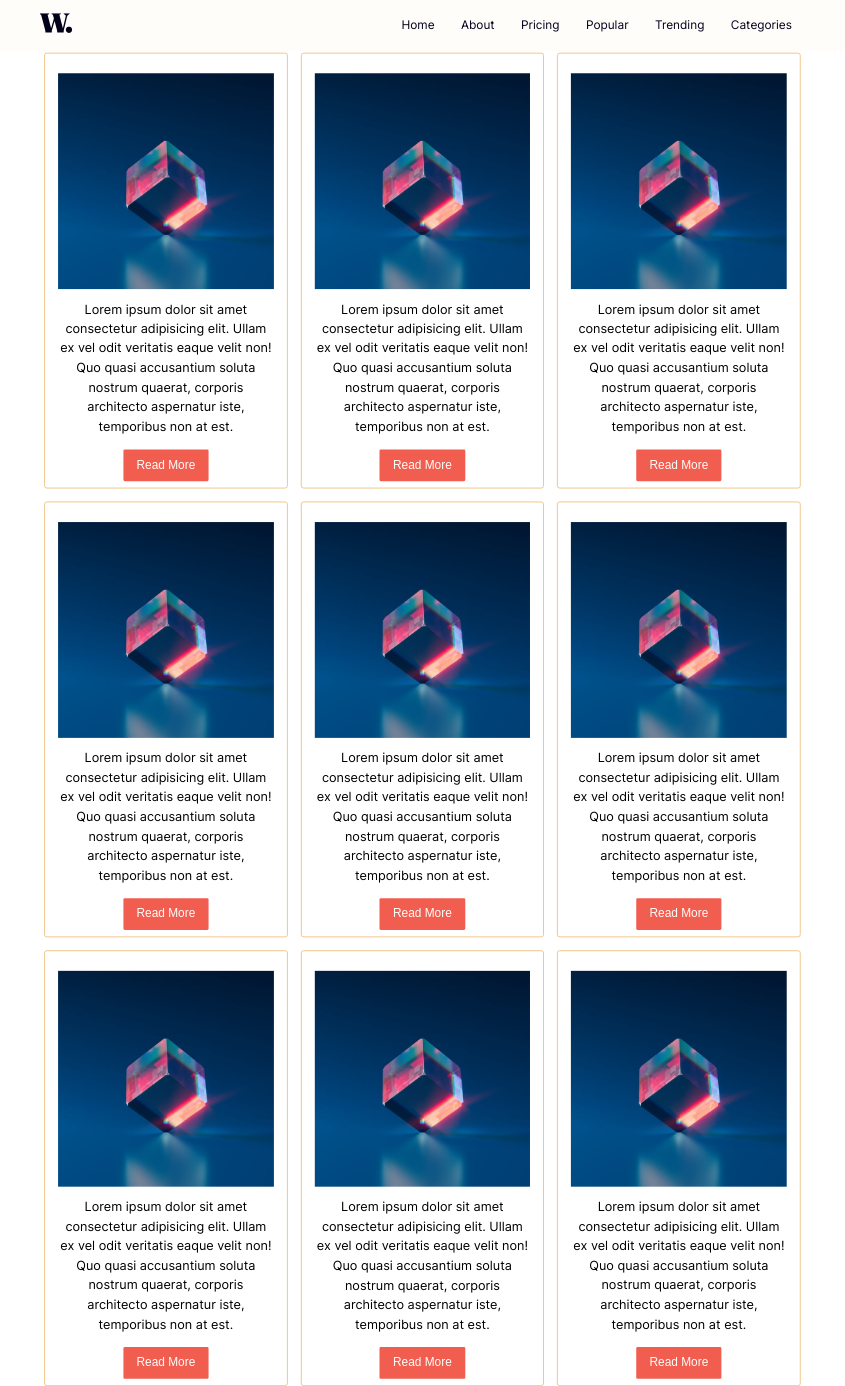
Repository: Benedict-Anthony/web3.0-blog-chain
Page: /trending
An editor plug-in stored every save of this project. The page is shown before and after the next save, followed by the edit.
The browser window is 1280 px wide. The pictures show the whole page, at 66% of full size.
The project was rebuilt for these pictures with package versions that can differ from the ones it lists, and the page was loaded fresh each time. The framework's server and built-in components were replaced by stand-ins that run in the browser. Also part of the build but not shown: next.config.js, styles/styles.css.

Above is the page before, as saved 2022-12-21 02:27:32.

After the next save:
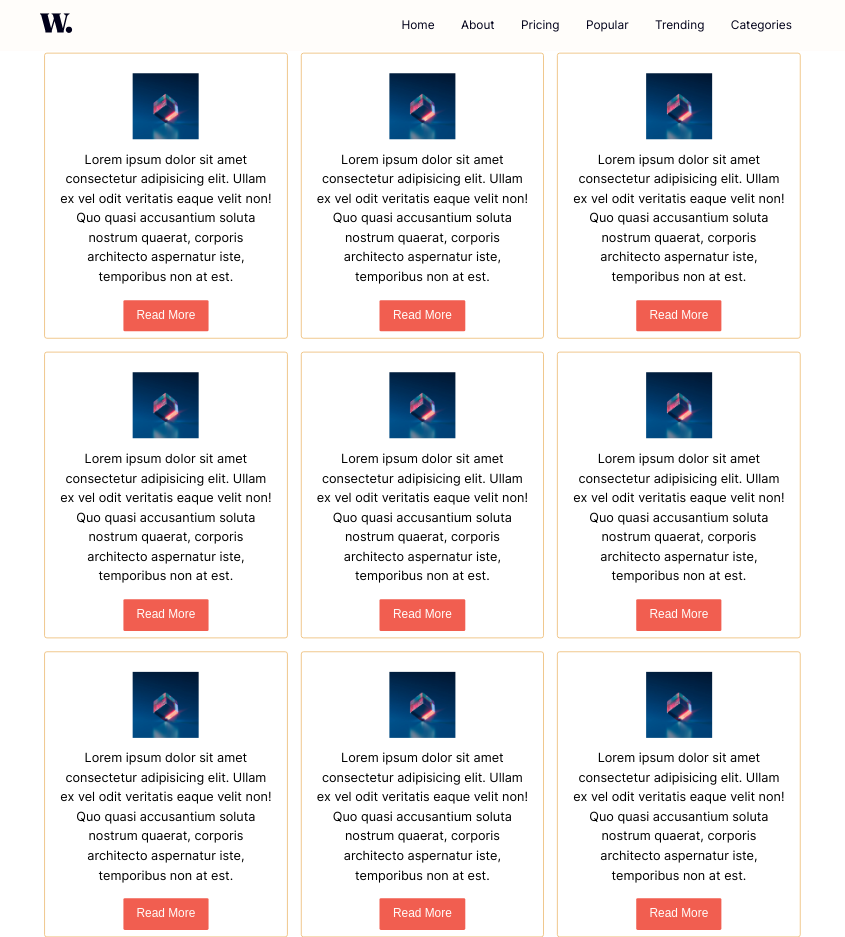
Saved 77 s later.
--- a/styles/Trending.module.scss
+++ b/styles/Trending.module.scss
@@ -9,7 +9,7 @@
         width: 100%;
         position: relative;
         img{
-            width: 100%;
+            width: 100px;
         }
         span{
             font-size: 1.1rem;
